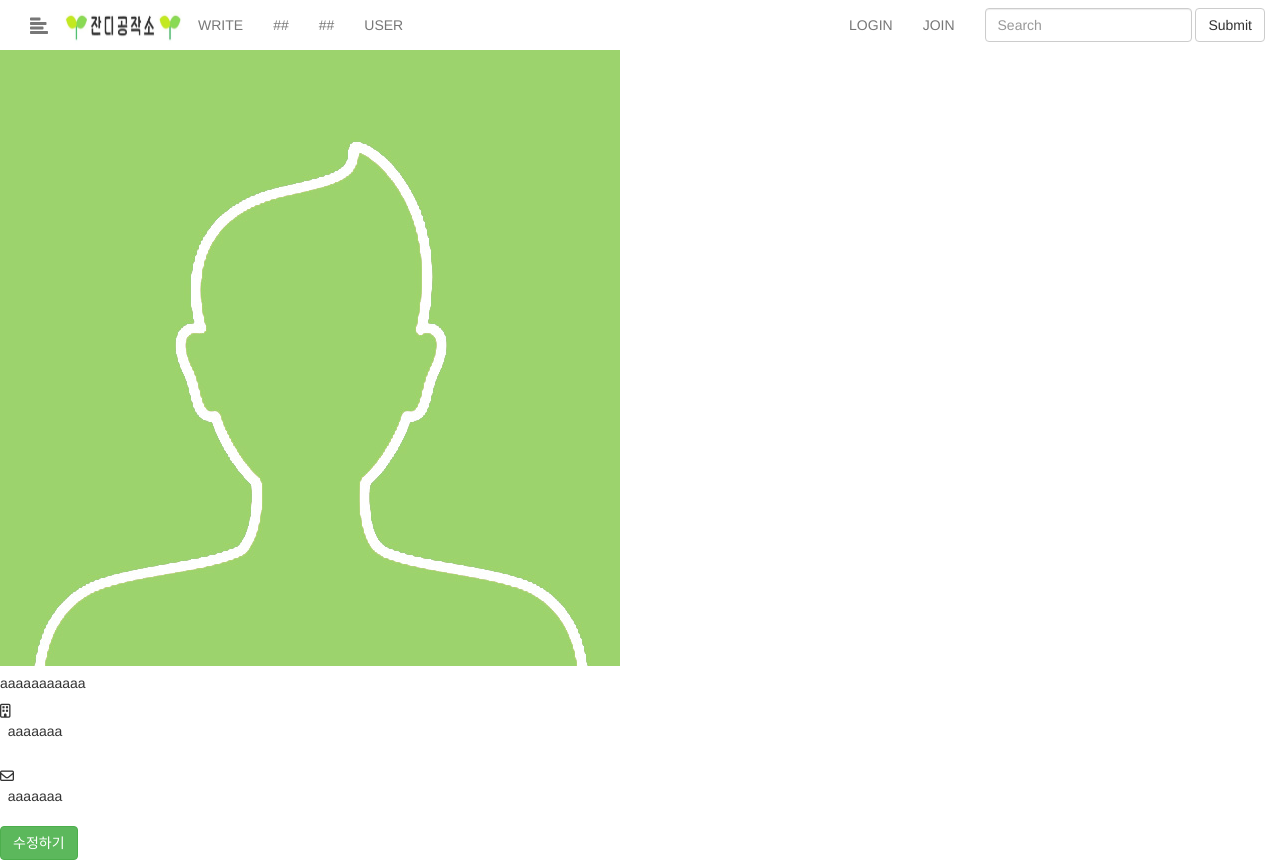
Repository: guddus326/Grass_Farm
Page: http://localhost/Grass_Farm/User.jsp
The author's editor kept a copy of each file at every save. The page is drawn from the files as they stood at one save, then again after the next save.
The browser window is 1280 px wide. The pictures show the whole page.
Some web libraries are served in a nearby version. The page is served by Tomcat 9. Other server files are loaded and not shown.

Above is the page before, as saved 2020-11-08 18:39:54.

### Grass_Farm/Grass_Farm/WebContent/User.jsp
<%@ page language="java" contentType="text/html; charset=UTF-8"
    pageEncoding="UTF-8"%>
<%@ page import="user.UserDAO"%>
<%@ page import="user.User" %>
<%@ page import="java.io.PrintWriter" %>
<%@ page import="java.util.ArrayList" %>
<!-- 자바 클래스 사용 -->
<% request.setCharacterEncoding("UTF-8"); %>
<!-- 한명의 회원정보를 담는 user클래스를 자바 빈즈로 사용 / scope:페이지 현재의 페이지에서만 사용-->
<jsp:useBean id="user" class="user.User" scope="page"/>
<jsp:setProperty property="userName" name="user"/>

<!DOCTYPE html>
<html>
<head>
<meta charset="UTF-8">
<meta name="viewport" content="width=device-width, initial-scale=1, maximum-scale=1, user-scalable=no">
<link rel="stylesheet" href="css/bootstrap.min.css">
<script src="https://kit.fontawesome.com/ed128c5a1e.js" crossorigin="anonymous"></script>
<title>내 프로필</title>
<style>
body { padding-top: 30px; }
      	.navbar-fixed-top{
      		background-color: white;
      	}
        .page-header{
            font-family: 'Playfair Display', serif;
            text-align: left;
        }
	.modal {
        background-color: rgb(0,0,0);
        background-color: rgba(0,0,0,0.4);
        text-align: center;

    }
    .modal-content {
        background-color: #fefefe;
        border: 1px solid #888;
        font-size: 20px;
        vertical-align: middle;
    }
    .close {
        color: #aaa;
        float: right;
        font-size: 28px;
        font-weight: bold;
    }
    .close:hover,
    .close:focus {
        color: black;
        text-decoration: none;
        cursor: pointer;
    }
</style>
    <script defer src="/static/fontawesome/fontawesome-all.js"></script>
</head>
<body>
<%
	String userID=null;
	if(session.getAttribute("userID")!=null){
		userID=(String)session.getAttribute("userID");
	}
    %>
    <nav class="navbar-fixed-top navbar-default">
    	<div class="container-fluid">
    		<div class="navbar-header">
            	<a class="navbar-brand" href="#">
                	<span class="glyphicon glyphicon-align-left" aria-hidden="true"></span>
                </a>
             </div>
			<div class="navbar-header">
            	<a href="Index.jsp"><img alt="Brand" width=120px; height=40px;" style="margin-top: 8px;" src="./img/logo.JPG"></a>
			</div>
          	<div class="collapse navbar-collapse" id="bs-example-navbar-collapse-1">
      			<ul class="nav navbar-nav">
              		<li><a href="Write.jsp">WRITE</a></li>
              		<li><a href="#">##</a></li>
              		<li><a href="#">##</a></li>
              		<li><a href="User.jsp">USER</a></li>
            	</ul>
          <form class="navbar-form navbar-right" role="search" action="Search.jsp">
          	<div class="form-group">
          		<input type="text" class="form-control" placeholder="Search" name="userName">
        	</div>
        	<button type="submit" class="btn btn-default">Submit</button>
      	  </form>

            <%
            	if(userID==null){
            %>
            <ul class="nav navbar-nav navbar-right">
              <li><a href="Login.jsp">LOGIN</a></li>
              <li><a href="Join.jsp">JOIN</a></li>
            </ul>
            <%
            	}else{
            %>
            <ul class="nav navbar-nav navbar-right">
              <li><a href="LogoutAction.jsp">LOGOUT</a></li>
            </ul>
            <%
            	}
            %>
          </div><!-- /.navbar-collapse -->
        </div><!-- /.container-fluid -->
    </nav>


  							<div class="card">
  								<img src="./img/grass.png" id="img_click">
    							<h5 class="card-title">aaaaaaaaaaa</h5>
								<ul class="list-unstyled">
									<div class="media my-4">
    									<span class="far fa-building"></span>
      										<p class="mt-0 mb-1">&nbsp;&nbsp;aaaaaaa</p>
  									</div>
  									<div class="media my-4">
  										<span class="far fa-envelope"></span>
      									<p class="mt-0 mb-1">&nbsp;&nbsp;aaaaaaa</p>
  									</div>
								</ul>
								<a href="Change.jsp" class="btn btn-success">수정하기</a>
  							</div>



  							<!-- Modal -->
  							<div class="modal" id="myModal" tabindex="-1">
  								<div class="modal-dialog">
    								<div class="modal-content">
    					    			<div class="modal-header">
        									<button type="button" class="close" data-dismiss="modal" aria-label="Close">
          										<span aria-hidden="true">&times;</span>
        									</button>
      									</div>
      									<div class="modal-body">
  											<p>
  												<a href="#" class="tooltip-test" title="Tooltip">프로필 사진 수정</a><br>
  												<a href="#" class="tooltip-test" title="Tooltip">기본 이미지로 변경</a>
  											</p>
										</div>
    								</div>
    							</div>
    						</div>

								<!-- The Modal -->
  							  <script type="text/javascript">
  								var modal = document.getElementById('myModal');

    							// Get the button that opens the modal
    							var btn = document.getElementById("img_click");

   								// Get the <span> element that closes the modal
    							var span = document.getElementsByClassName("close")[0];

    							// When the user clicks on the button, open the modal
    							btn.onclick = function() {
    							    modal.style.display = "block";
    							}

    							// When the user clicks on <span> (x), close the modal
    							span.onclick = function() {
        							modal.style.display = "none";
    							}

    							// When the user clicks anywhere outside of the modal, close it
    							window.onclick = function(event) {
        							if (event.target == modal) {
            							modal.style.display = "none";
        							}
    							}
    							</script>

</body>
</html>

### Grass_Farm/Grass_Farm/src/user/User.java
package user;

public class User {
	private String userID;
	private String userPass;
	private String userPassCheck;
	private String userName;
	private String userEmail;
	private String userDate;

	public String getUserID() {
		return userID;
	}
	public void setUserID(String userID) {
		this.userID = userID;
	}
	public String getUserPass() {
		return userPass;
	}
	public void setUserPass(String userPass) {
		this.userPass = userPass;
	}
	public String getUserName() {
		return userName;
	}
	public void setUserName(String userName) {
		this.userName = userName;
	}
	public String getUserEmail() {
		return userEmail;
	}
	public void setUserEmail(String userEmail) {
		this.userEmail = userEmail;
	}
	public String getUserPassCheck() {
		return userPassCheck;
	}
	public void setUserPassCheck(String userPassCheck) {
		this.userPassCheck = userPassCheck;
	}

	public String getUserDate() {
		return userDate;
	}
	public void setUserDate(String userDate) {
		this.userDate = userDate;
	}
}

Loaded but not shown: Grass_Farm/Grass_Farm/WebContent/css/bootstrap.min.css (library)

After the next save:
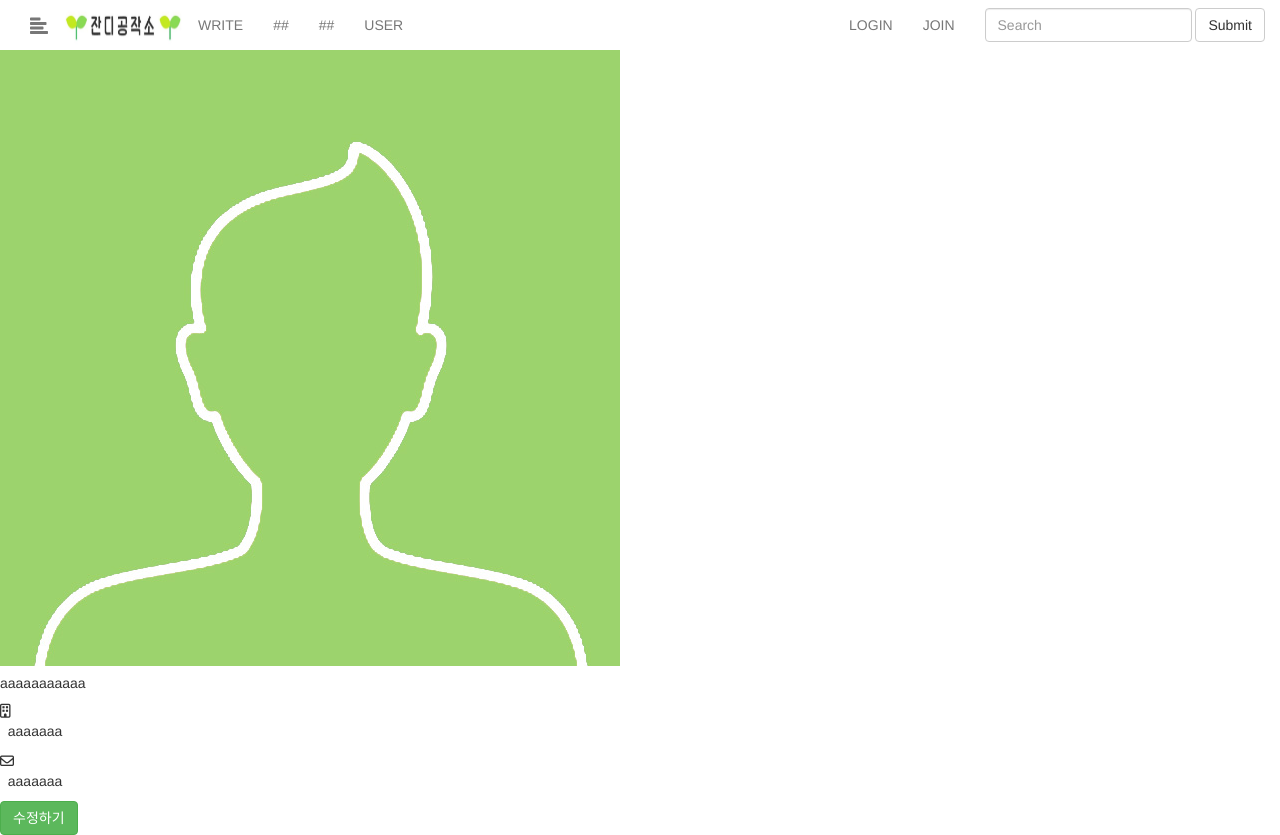
Saved 36 s later.
--- a/Grass_Farm/Grass_Farm/WebContent/User.jsp
+++ b/Grass_Farm/Grass_Farm/WebContent/User.jsp
@@ -109,16 +109,16 @@ body { padding-top: 30px; }
   							<div class="card">
   								<img src="./img/grass.png" id="img_click">
     							<h5 class="card-title">aaaaaaaaaaa</h5>
-								<ul class="list-unstyled">
-									<div class="media my-4">
+
+									<div class>
     									<span class="far fa-building"></span>
       										<p class="mt-0 mb-1">&nbsp;&nbsp;aaaaaaa</p>
   									</div>
-  									<div class="media my-4">
+  									<div class=>
   										<span class="far fa-envelope"></span>
       									<p class="mt-0 mb-1">&nbsp;&nbsp;aaaaaaa</p>
   									</div>
-								</ul>
+
 								<a href="Change.jsp" class="btn btn-success">수정하기</a>
   							</div>
 
